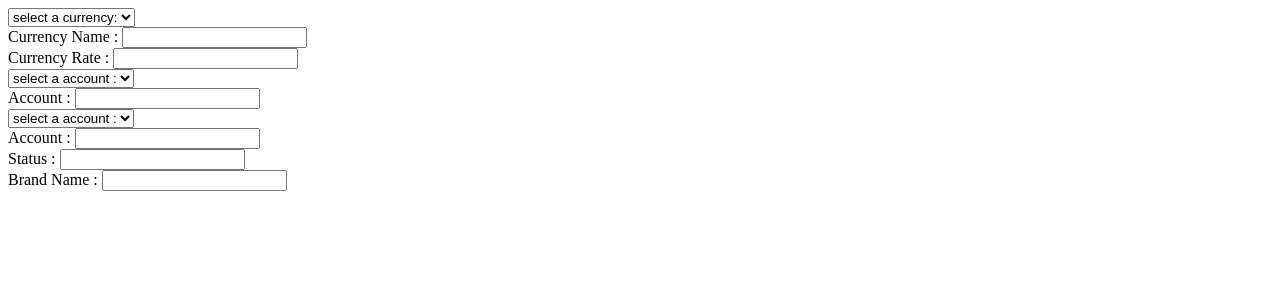
Repository: cheukyin21hk/DudeClothingConsole
Page: http://localhost/DudeClothing/WEB-INF/views/basicInfo.jsp
An editor plug-in stored every save of this project. The page is shown before and after the next save, followed by the edit.
The browser window is 1280 px wide. The pictures show the whole page.
The page is served by Tomcat 9. Nobody is signed in. Other server files are loaded and not shown. The template is opened directly, without the code that normally fills it, so the values that code supplies are empty.

Above is the page before, as saved 2015-05-22 10:45:09.

### DudeClothing/src/main/webapp/WEB-INF/views/basicInfo.jsp
<%@ page language="java" contentType="text/html; charset=UTF-8"
	pageEncoding="UTF-8"%>
<!DOCTYPE html PUBLIC "-//W3C//DTD HTML 4.01 Transitional//EN" "http://www.w3.org/TR/html4/loose.dtd">
<html>
<head>
<meta http-equiv="Content-Type" content="text/html; charset=UTF-8">
<title>Dude Clothing -</title>

</head>
<body>

	<div class="legend1" id="currencyForm">

		<select>
			<option>select a currency:</option>
		</select><br /> Currency Name : <input type="text"><br /> Currency
		Rate : <input type="text">
	</div>

	<div class="legend1" id="accountForm">
		<select>
			<option>select a account :</option>
		</select><br /> Account : <input type="text"><br />
	</div>

	<div class="legend1" id="statusForm">
		<select>
			<option>select a account :</option>
		</select><br /> Account : <input type="text"><br />
		Status : <input type="text"><br />
	</div>

	<div class="legend1" id="brandForm">
		Brand Name : <input type="text"><br />
	</div>
</body>
</html>

After the next save:
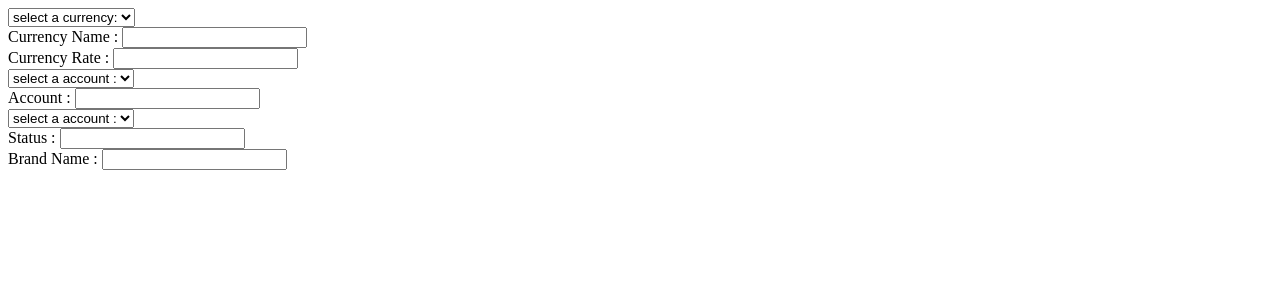
Saved 15 s later.
--- a/DudeClothing/src/main/webapp/WEB-INF/views/basicInfo.jsp
+++ b/DudeClothing/src/main/webapp/WEB-INF/views/basicInfo.jsp
@@ -26,7 +26,7 @@
 	<div class="legend1" id="statusForm">
 		<select>
 			<option>select a account :</option>
-		</select><br /> Account : <input type="text"><br />
+		</select><br />
 		Status : <input type="text"><br />
 	</div>
 
